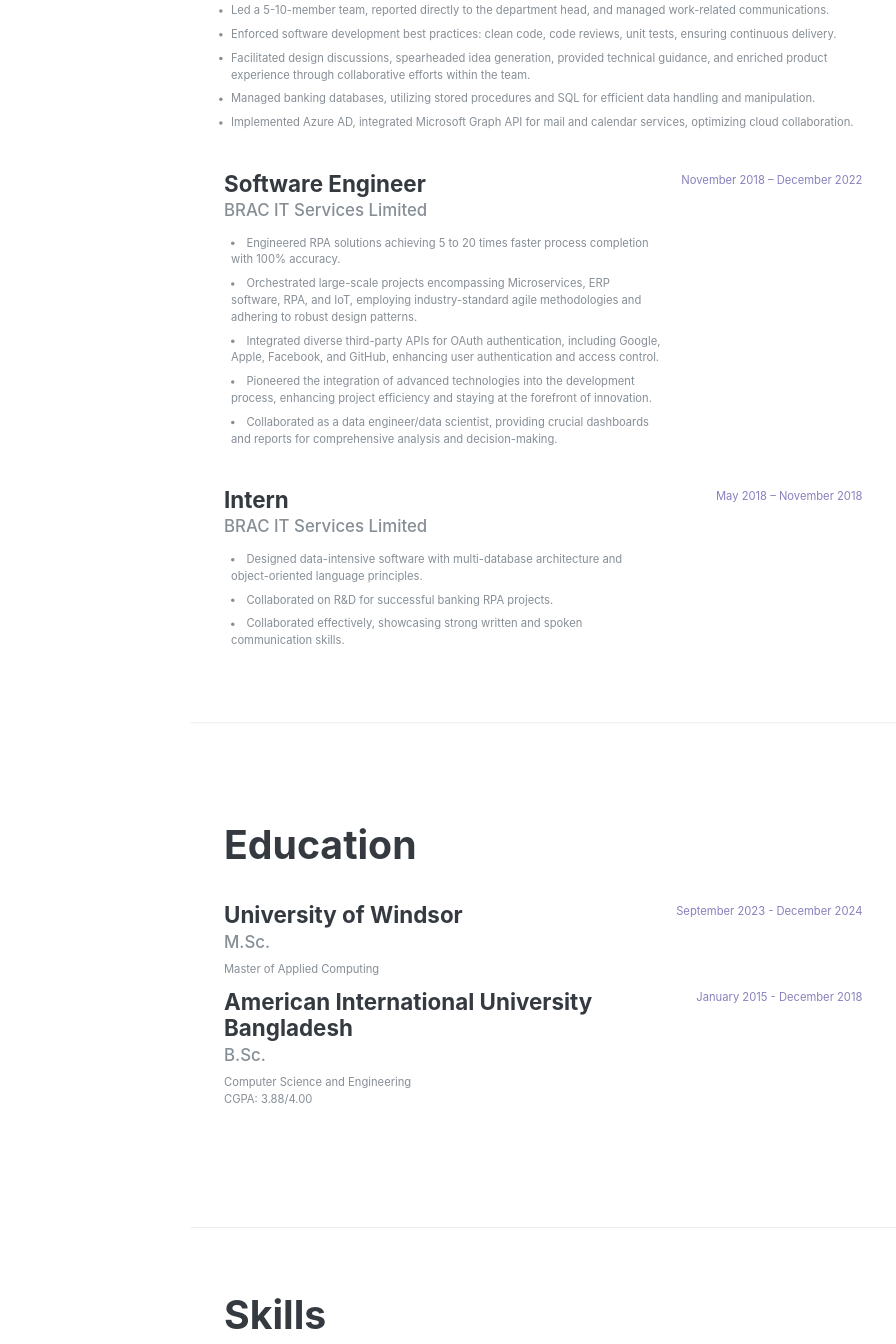
Repository: xahin96/xahin96.github.io
Page: index.html
The author's editor kept a copy of each file at every save. The page is drawn from the files as they stood at one save, then again after the next save.
The browser window is 1280 px wide. The pictures show the part of the page from y = 973 to 2893 px (the page is 5463 px tall before and 5439 px after), at 70% of full size.
Some web fonts or font styles are not loaded; a fallback is used.

Above is the page before, as saved 2024-04-27 12:33:33.

After the next save:
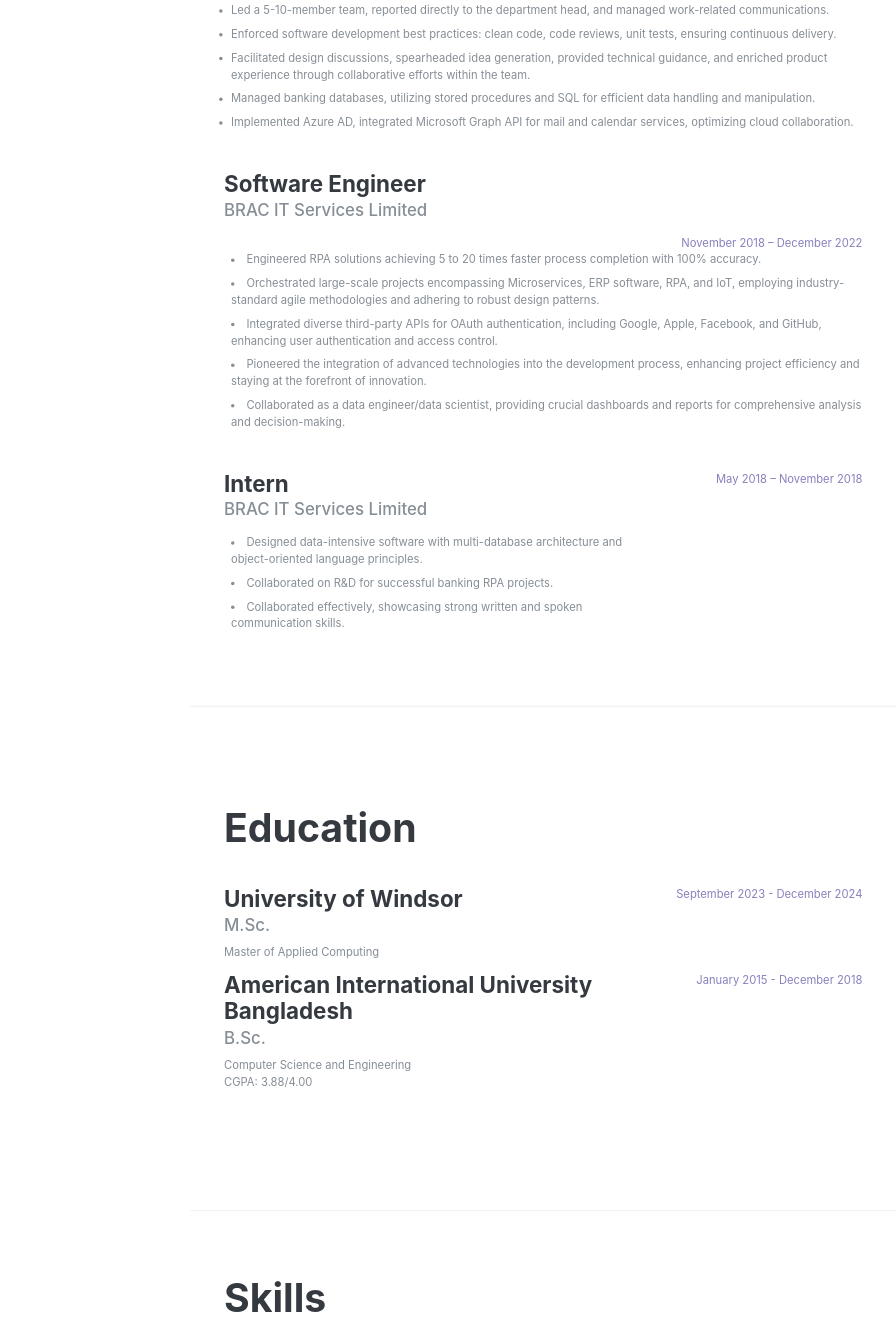
Saved 9 s later.
--- a/index.html
+++ b/index.html
@@ -130,8 +130,8 @@
                 <h3 class="mb-0">Software Engineer</h3>
                 <div class="subheading mb-3">BRAC IT Services Limited</div>
               </div>
-              <div>
-
+              <div class="resume-date text-md-right">
+                <span class="text-primary">November 2018 – December 2022</span>
               </div>
             </div>
 
@@ -141,9 +141,7 @@
             <li>Pioneered the integration of advanced technologies into the development process, enhancing project efficiency and staying at the forefront of innovation.</li>
             <li>Collaborated as a data engineer/data scientist, providing crucial dashboards and reports for comprehensive analysis and decision-making.</li>
           </div>
-          <div class="resume-date text-md-right">
-            <span class="text-primary">November 2018 – December 2022</span>
-          </div>
+
         </div>
 
         <div class="resume-item d-flex flex-column flex-md-row justify-content-between mb-5">
